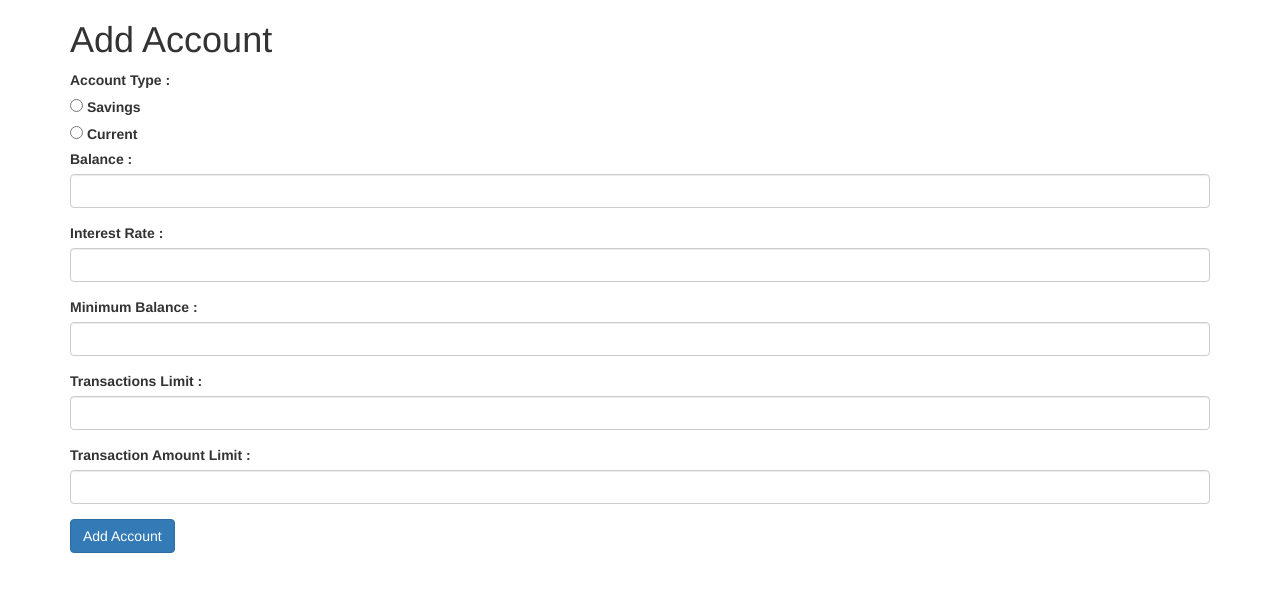
Repository: Shubham-Gawade/SpringHibernateTraining
Page: http://localhost/xorbankonline/WEB-INF/pages/addaccount.jsp
An editor plug-in stored every save of this project. The page is shown before and after the next save, followed by the edit.
The browser window is 1280 px wide. The pictures show the whole page.
The page is served by Tomcat 9. Nobody is signed in. The template is opened directly, without the code that normally fills it, so the values that code supplies are empty.

Above is the page before, as saved 2021-10-07 06:39:26.

After the next save:
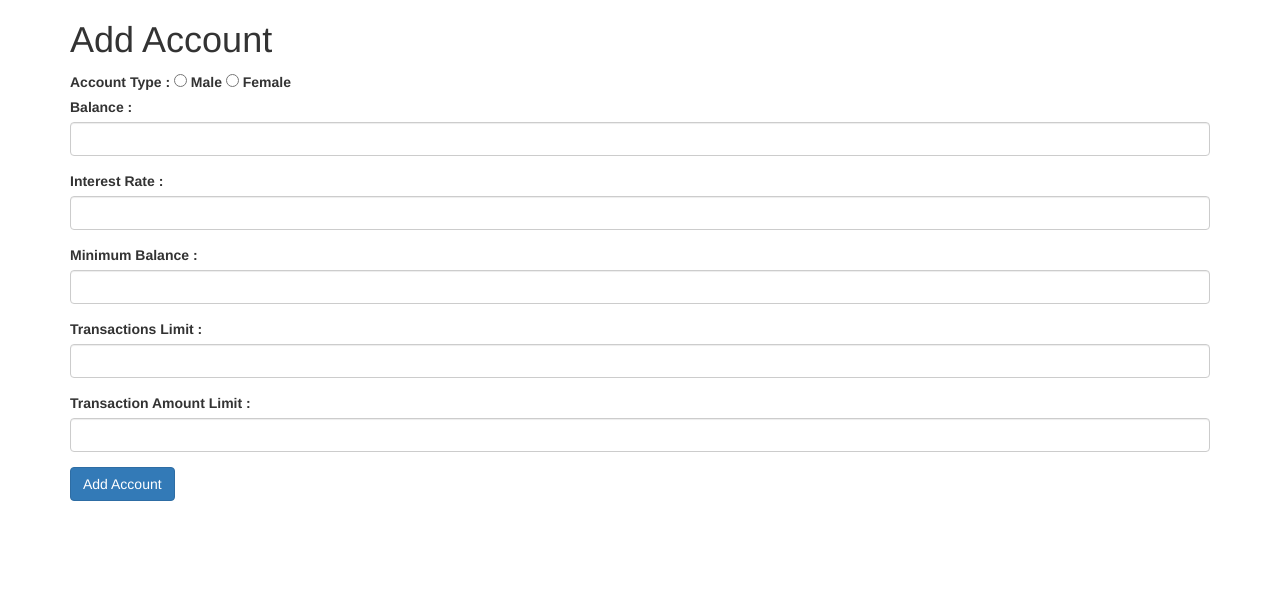
Saved 26 min 45 s later.
--- a/xorbankonline/src/main/webapp/WEB-INF/pages/addaccount.jsp
+++ b/xorbankonline/src/main/webapp/WEB-INF/pages/addaccount.jsp
@@ -12,14 +12,10 @@
 	<h1>Add Account</h1>
 	<form action="addaccount" method="post">
         <label >Account Type :</label>
-        <div class="form-check form-check-inline">
-            <input class="form-check-input" type="radio" name="inlineRadioOptions" name="accountType" value="SAVINGS">
-            <label class="form-check-label" >Savings</label>
-        </div>
-        <div class="form-check form-check-inline">
-            <input class="form-check-input" type="radio" name="inlineRadioOptions" name="accountType" value="CURRENT">
-            <label class="form-check-label" >Current</label>
-        </div>
+        <form:radiobutton cssClass="form-check-input" path="gender" name="gender" id="gender" value="MALE"/>
+        <label class="form-check-label" for="gender">Male</label>
+        <form:radiobutton cssClass="form-check-input" path="gender" name="gender" id="gender" value="FEMALE"/>
+        <label class="form-check-label" for="gender">Female</label>
         <div class="form-group">
 			<label for="balance">Balance :</label>
 			<input type="text" class="form-control"
